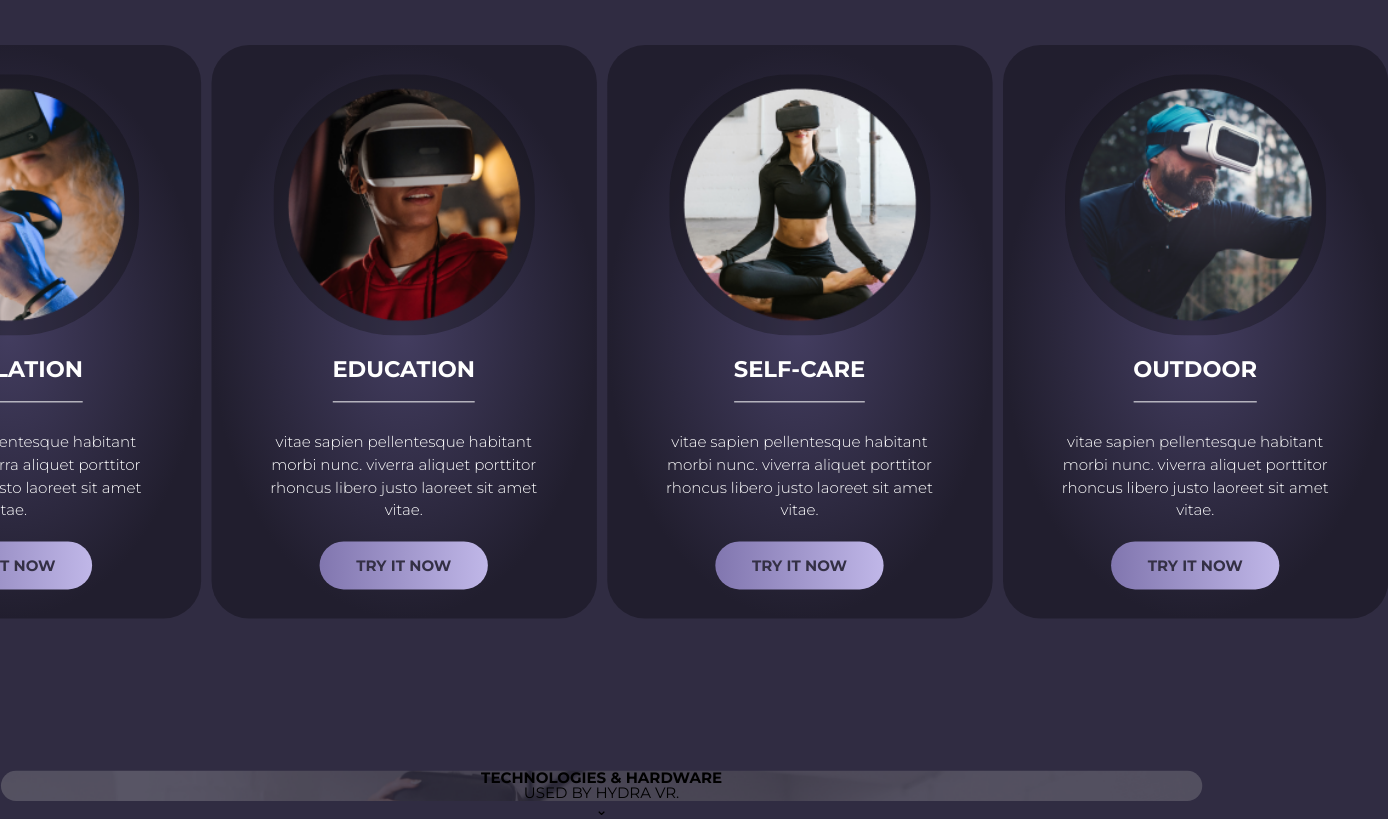
Repository: xMargi/Hydra-LandingPage
Page: index.html
The author's editor kept a copy of each file at every save. The page is drawn from the files as they stood at one save, then again after a run of saves.
The browser window is 1280 px wide. The page is 1477 px wide, so the pictures cover 1477 px, including what lies to the right of the window. The pictures show the whole page, at 94% of full size.

Above is the page before, as saved 2023-06-07 20:58:42.

After the next 2 saves:
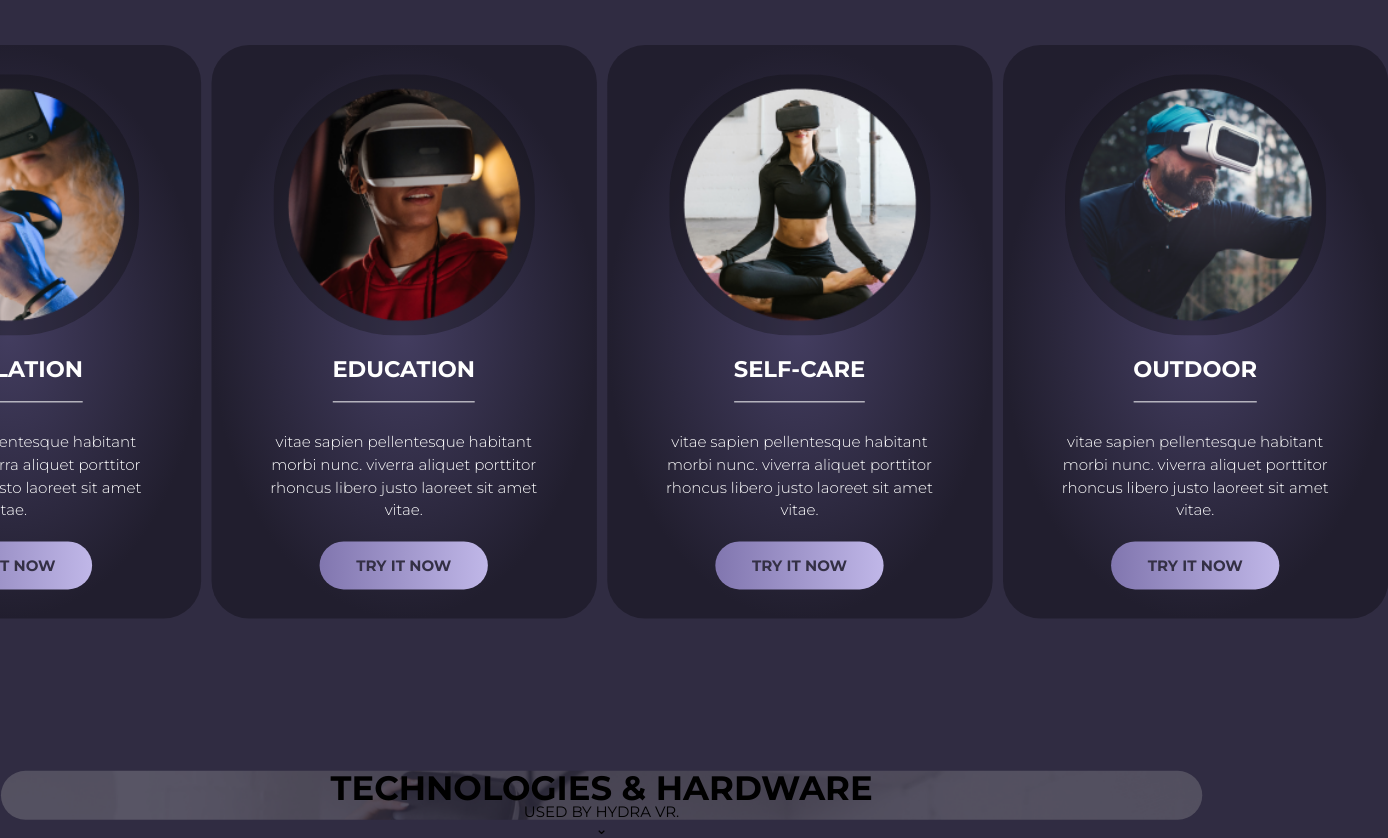
The 2 saves are shown as one change because they came seconds apart.
The last was saved 9 s later.
--- a/style.css
+++ b/style.css
@@ -111,5 +111,6 @@ body{
 .imagem__titulo{
 
     font-weight: 700;
+    font-size: 2.25rem;
 
 }
